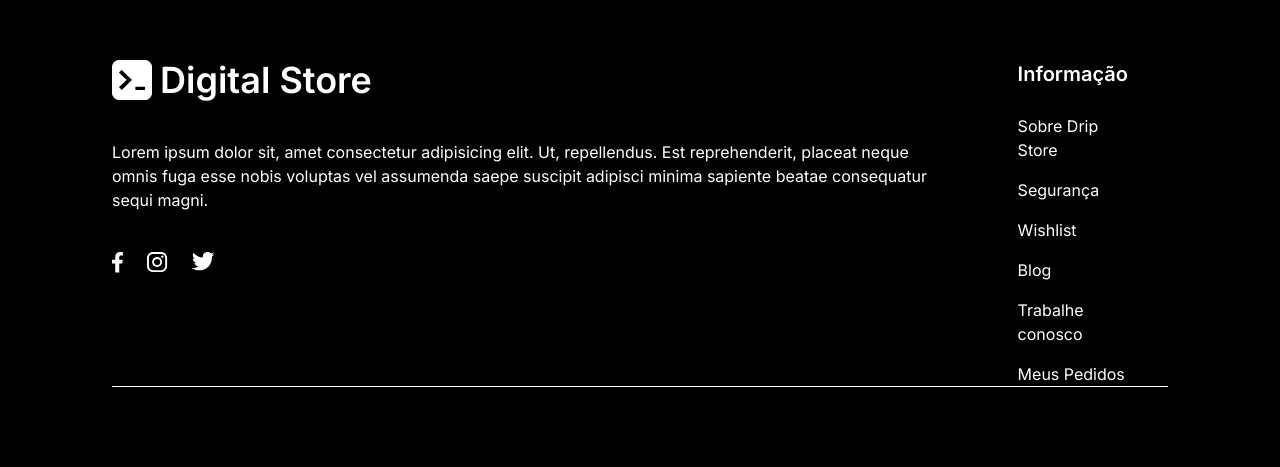
Repository: geracao-09/digital-store
Page: index.html
An editor plug-in stored every save of this project. The page is shown before and after a run of saves, followed by the edit.
The browser window is 1280 px wide. The pictures show the part of the page from y = 3410 to 4203 px (the page is 3877 px tall before and 4203 px after).
A picture or video elsewhere on the page could not be fetched, so the positions and the page height are approximate.

Above is the page before, as saved 2025-04-25 08:55:05.

After the next 3 saves:
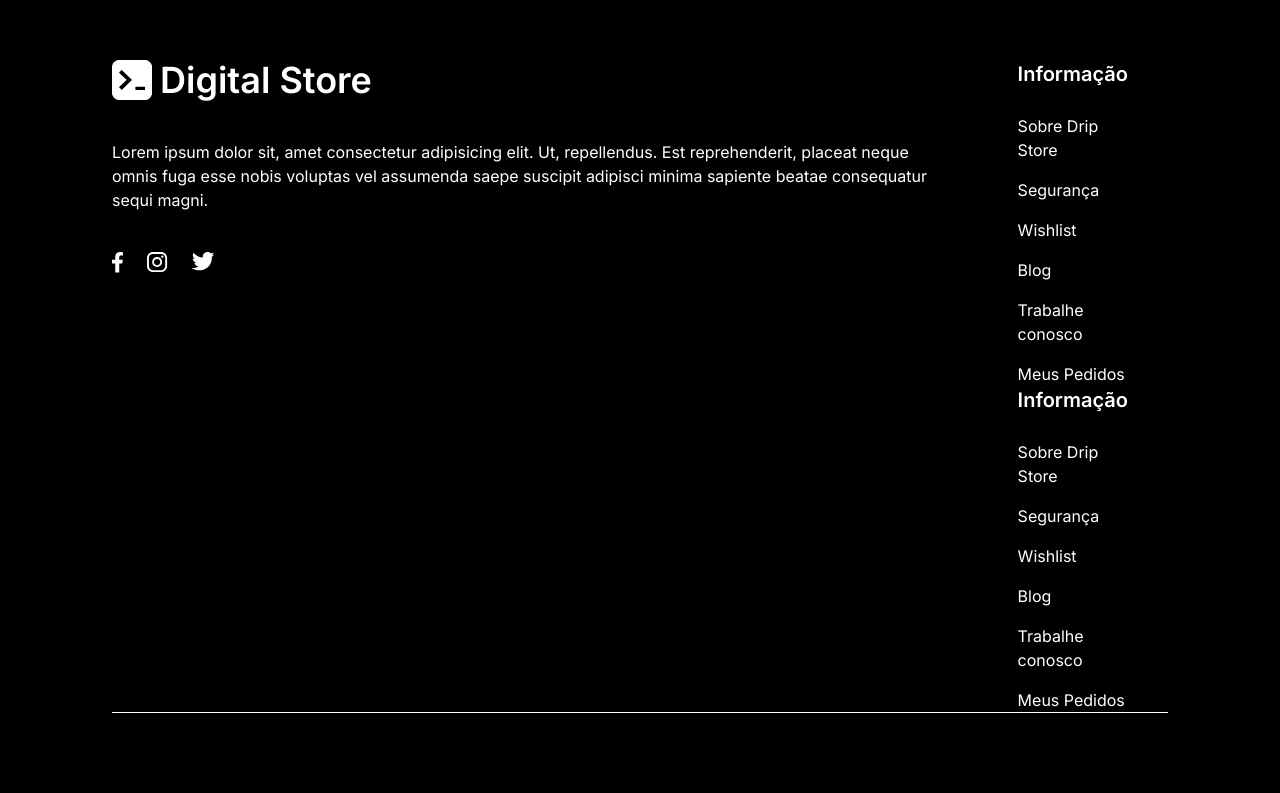
The 3 saves are shown as one change because they came seconds apart.
The last was saved 17 s later.
--- a/index.html
+++ b/index.html
@@ -358,13 +358,26 @@
                     Meus Pedidos
                 </a></li>
             </ul>
-            <ul>
-                <li></li>
-                <li></li>
-                <li></li>
-                <li></li>
-                <li></li>
-                <li></li>
+            <ul class="flex flex-col gap-4 list-none">
+                <li class="font-semibold text-xl mb-2.5">Informação</li>
+                <li><a href="#">
+                    Sobre Drip Store
+                </a></li>
+                <li><a href="#">
+                    Segurança
+                </a></li>
+                <li><a href="#">
+                    Wishlist
+                </a></li>
+                <li><a href="#">
+                    Blog
+                </a></li>
+                <li><a href="#">
+                    Trabalhe conosco
+                </a></li>
+                <li><a href="#">
+                    Meus Pedidos
+                </a></li>
             </ul>
         </div>
         <div>
